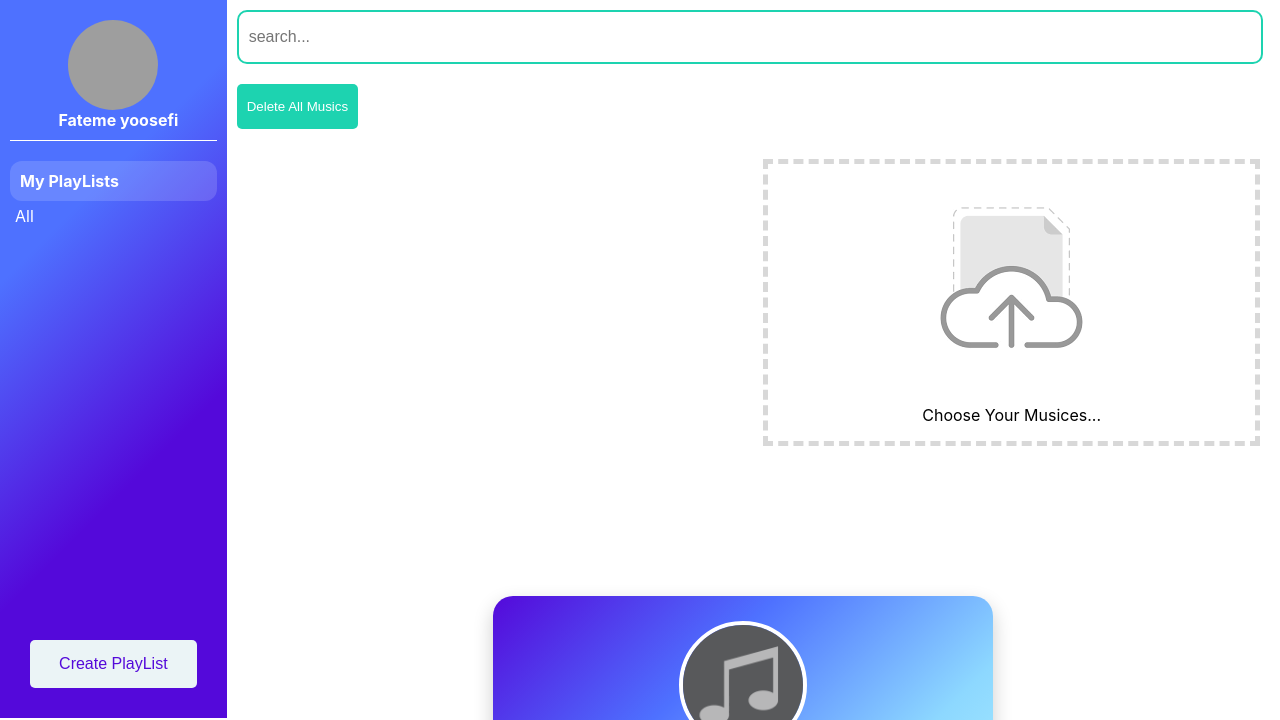
Repository: fateme81yosefi/musicPlayer
Page: /
An editor plug-in stored every save of this project. The page is shown before and after the next save, followed by the edit.
The browser window is 1280 px wide. The pictures show the whole page.
Pictures or frames that could not be fetched are drawn as grey boxes. An inner scrolling area shows only its first screen. The project was rebuilt for these pictures with package versions that can differ from the ones it lists, and the page was loaded fresh each time.

Above is the page before, as saved 2025-06-28 14:48:44.

After the next save:
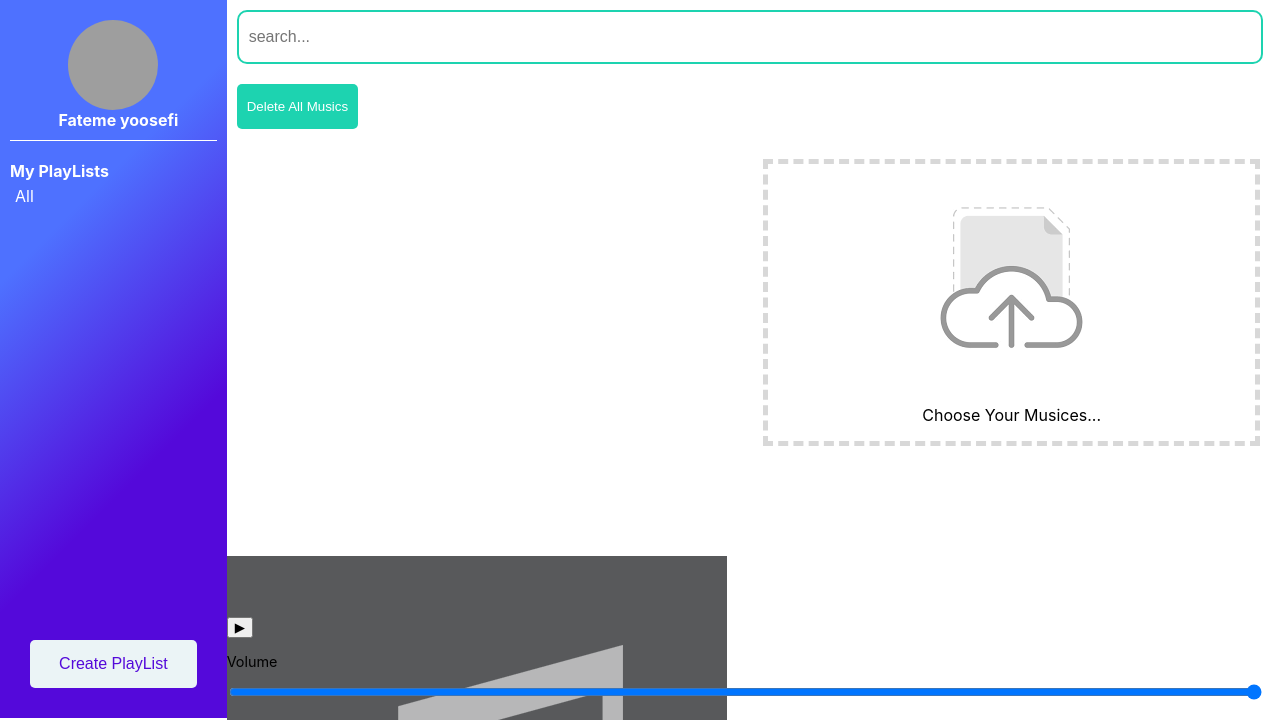
Saved 9 s later.
--- a/src/Components/MusicPlayer/MusicPlayer.css
+++ b/src/Components/MusicPlayer/MusicPlayer.css
@@ -1,129 +1,35 @@
-.player {
-  max-width: 450px;
-  margin: 40px auto;
-  padding: 25px;
-  border-radius: 20px;
-  background: linear-gradient(135deg, #5409DA, #4E71FF, #8DD8FF, #BBFBFF);
-  color: white;
-  text-align: center;
-  font-family: sans-serif;
-  box-shadow: 0 8px 20px rgba(0,0,0,0.2);
+.controls {
+  margin-top: 15px;
 }
 
-.cover {
-  width: 120px;
-  height: 120px;
-  margin: 0 auto 15px;
-  border-radius: 50%;
-  overflow: hidden;
-  border: 4px solid white;
+.controls label {
+  display: block;
+  margin-bottom: 10px;
+  font-size: 0.9rem;
 }
 
-.cover img {
+.controls input[type="range"] {
   width: 100%;
-  height: 100%;
-  object-fit: cover;
 }
 
-.spin {
-  animation: spin 12s linear infinite;
+.speed-buttons {
+  display: flex;
+  gap: 10px;
+  justify-content: center;
+  margin-top: 10px;
 }
 
-.pulse {
-  animation: pulse 2s infinite ease-in-out;
-}
-
-@keyframes spin {
-  to { transform: rotate(360deg); }
-}
-
-@keyframes pulse {
-  0%, 100% { transform: scale(1); box-shadow: 0 0 15px white; }
-  50% { transform: scale(1.05); box-shadow: 0 0 30px white; }
-}
-
-.title {
-  font-size: 1.2rem;
-  margin-bottom: 10px;
-}
-
-.time {
-  display: flex;
-  justify-content: space-between;
-  font-size: 0.9rem;
-  opacity: 0.9;
-  margin: 10px 0;
-}
-
-.progress-container {
-  height: 6px;
-  background: rgba(255,255,255,0.4);
-  border-radius: 3px;
+.speed-buttons button {
+  background: white;
+  border: none;
+  padding: 6px 12px;
+  border-radius: 8px;
   cursor: pointer;
-  margin-bottom: 15px;
-  position: relative;
-}
-
-.progress-bar {
-  height: 100%;
-  background: white;
-  width: 0%;
-  transition: width 0.3s;
-}
-
-.controls {
-  display: flex;
-  justify-content: center;
-  gap: 20px;
-  margin-bottom: 20px;
-}
-
-.controls button {
-  font-size: 1.5rem;
-  padding: 10px 14px;
-  border: none;
-  background: white;
-  color: #5409DA;
-  border-radius: 50%;
-  cursor: pointer;
-  transition: transform 0.2s;
-}
-
-.controls button:hover {
-  transform: scale(1.1);
-}
-
-.playlist {
-  margin-top: 20px;
-  background: rgba(255, 255, 255, 0.15);
-  padding: 10px;
-  border-radius: 12px;
-  max-height: 200px;
-  overflow-y: auto;
-}
-
-.track {
-  display: flex;
-  align-items: center;
-  padding: 6px;
-  cursor: pointer;
-  border-radius: 8px;
-  transition: background 0.2s;
-}
-
-.track img {
-  width: 32px;
-  height: 32px;
-  border-radius: 6px;
-  margin-right: 10px;
-}
-
-.track:hover {
-  background: rgba(255,255,255,0.2);
-}
-
-.track.active {
-  background: white;
   color: #5409DA;
   font-weight: bold;
 }
+
+.speed-buttons button.active {
+  background: #5409DA;
+  color: white;
+}
